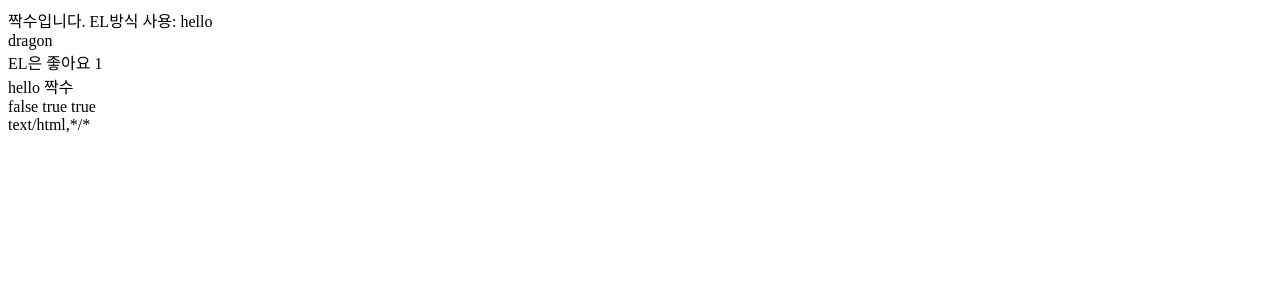
Repository: tokyj515/jsp_study
Page: http://localhost/JSPProj/spag
An editor plug-in stored every save of this project. The page is shown before and after the next save, followed by the edit.
The browser window is 1280 px wide. The pictures show the whole page.
The page is served by Tomcat 9. Other server files are loaded and not shown.

Above is the page before, as saved 2022-03-08 13:11:47.

### JSPProj/src/main/webapp/spag.jsp
<%@ page language="java" contentType="text/html; charset=UTF-8"
    pageEncoding="UTF-8"%>


<!DOCTYPE html>
<html>
<head>
<meta charset="UTF-8">
<title>Insert title here</title>
</head>
<%
pageContext.setAttribute("result", "hello"); //페이지객체
%>
<body>
	<%=request.getAttribute("result") %>입니다.
	EL방식 사용: ${result} <br >
	${names[1]} <br >
	${notice.title}
	${notice.id}<br >
	${result}  <!-- page에 있는 hello -->
	${requestScope.result}<br > <!-- request에 있는 짝수 -->
	${param.n gt 3}
	${empty param.n}
	${param.n == null || param.n == ""}<br >
	${header.accept}

</body>
</html>

### JSPProj/src/main/java/com/newlecture/web/Spag.java
package com.newlecture.web;

import java.io.IOException;
import java.util.HashMap;
import java.util.Map;

import javax.servlet.RequestDispatcher;
import javax.servlet.ServletException;
import javax.servlet.annotation.WebServlet;
import javax.servlet.http.HttpServlet;
import javax.servlet.http.HttpServletRequest;
import javax.servlet.http.HttpServletResponse;


@WebServlet("/spag")
public class Spag extends HttpServlet{
	@Override
	protected void doGet(HttpServletRequest request, HttpServletResponse response)
			throws ServletException, IOException {

		//MVC model2방식: 컨트롤러와 뷰로 분리

		int num = 0;
		String _num = request.getParameter("n");
		if(_num != null && !_num.equals(""))
			num = Integer.parseInt(_num);

		String result;
		if(num % 2 != 0){
			result = "홀수";
		}
		else{
			result = "짝수";
		}
		request.setAttribute("result", result);


		//배열 EL 결과 확인을 위한 배열
		String[] names = {"newlec", "dragon"};
		request.setAttribute("names", names);

		//Map
		Map<String, Object> notice = new HashMap<String, Object>();
		notice.put("id", 1);
		notice.put("title", "EL은 좋아요");
		request.setAttribute("notice", notice);











		//forwading:현재작업한 내용을 이어가도록 하는 것
		//redirect: 이어간 것이 아닌 새로운 것은 리다이렉트

		RequestDispatcher dispatcher                    //spag.jsp: jsp파일이지만 서블릿임
			= request.getRequestDispatcher("spag.jsp"); //url상으로 같은 디렉토리 안이라 파일명만
		dispatcher.forward(request, response); //현재 작업한 내용을 공유
	}

}

After the next save:
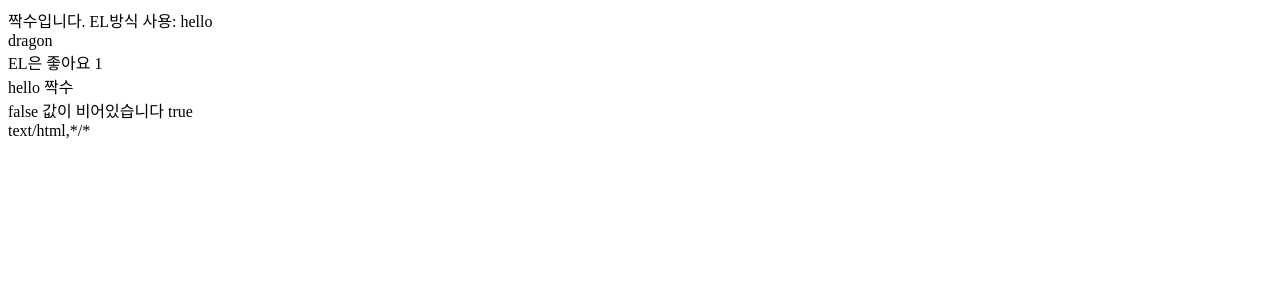
Saved 75 s later.
--- a/JSPProj/src/main/webapp/spag.jsp
+++ b/JSPProj/src/main/webapp/spag.jsp
@@ -20,7 +20,7 @@ pageContext.setAttribute("result", "hello"); //페이지객체
 	${result}  <!-- page에 있는 hello -->
 	${requestScope.result}<br > <!-- request에 있는 짝수 -->
 	${param.n gt 3}
-	${empty param.n}
+	${empty param.n? '값이 비어있습니다' : param.n}
 	${param.n == null || param.n == ""}<br >
 	${header.accept}
 
